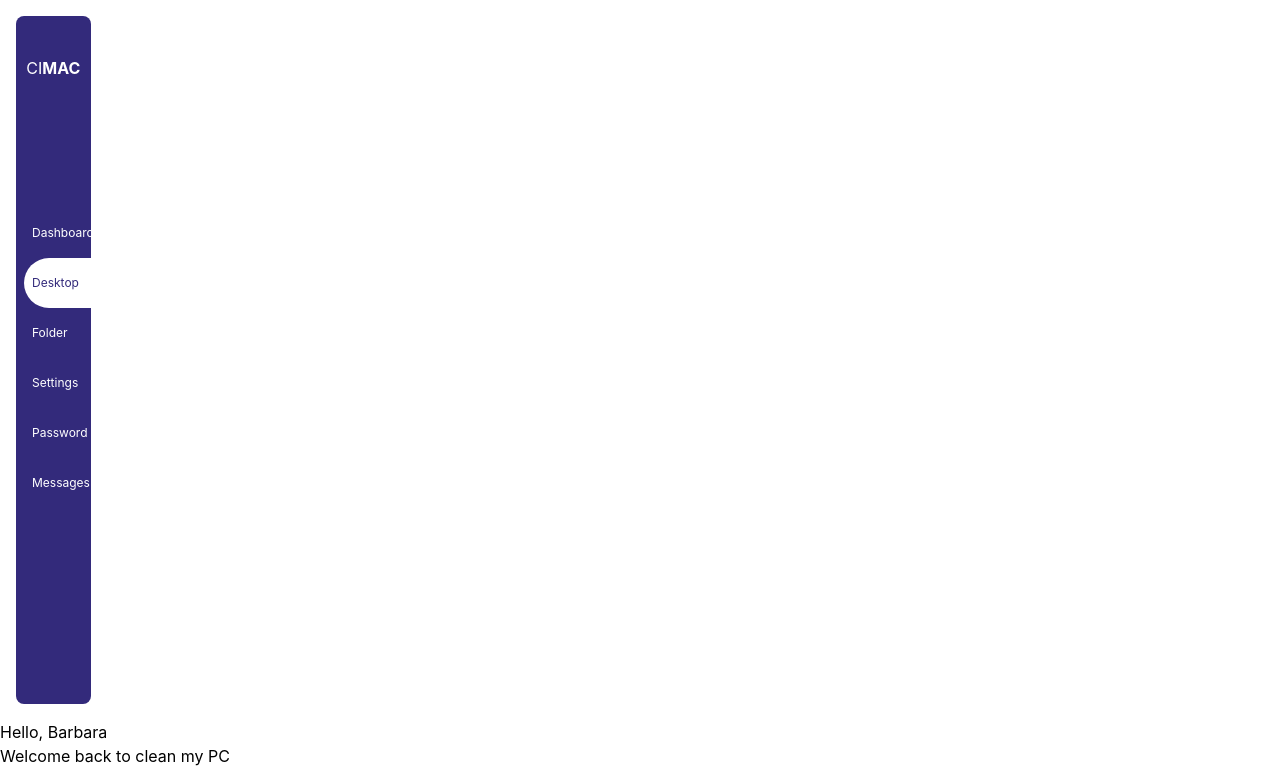
Repository: charleyvibez/experiment-Utility-software-UI
Page: index.html
An editor plug-in stored every save of this project. The page is shown before and after a run of saves, followed by the edit.
The browser window is 1280 px wide. The pictures show the whole page.

Above is the page before, as saved 2020-03-17 23:45:12.

After the next 5 saves:
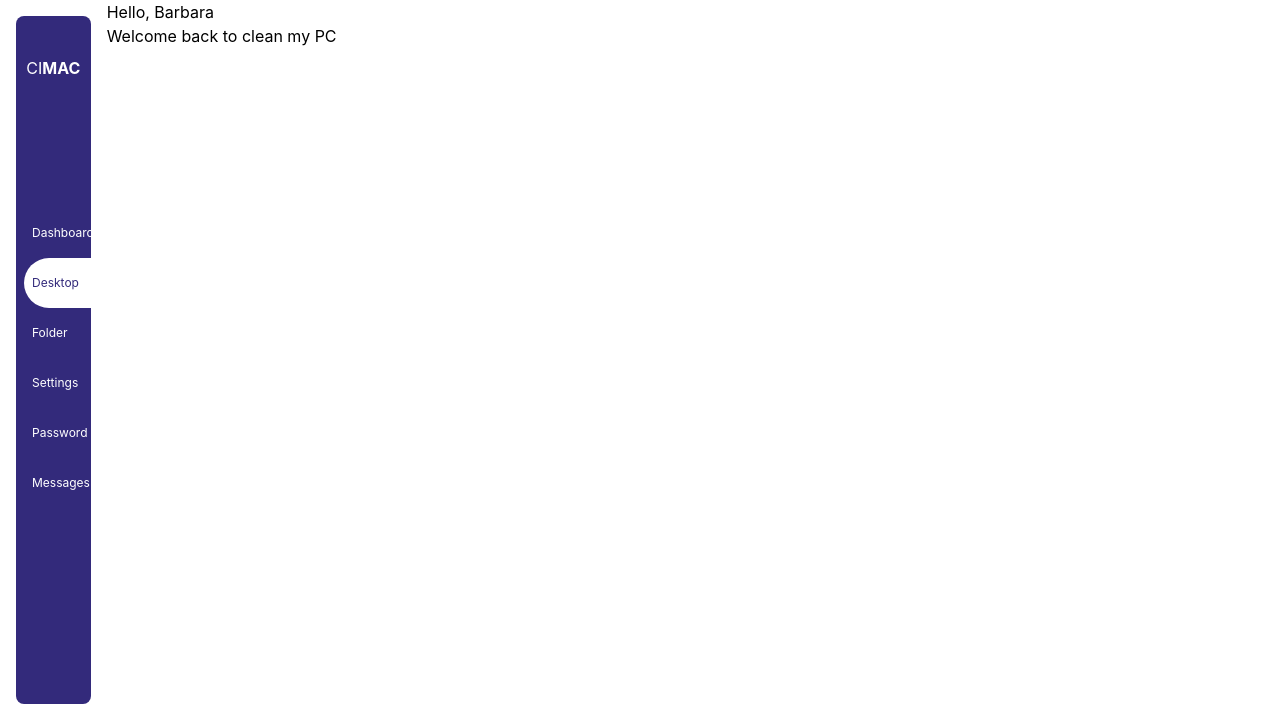
The 5 saves are shown as one change because they came seconds apart.
The last was saved 15 s later.
--- a/index.html
+++ b/index.html
@@ -9,7 +9,7 @@
   <title>Document</title>
 </head>
 <body>
-  <section>
+  <section class="flex">
      <aside class="w-1/12 p-4 h-screen">
       <div class="aside-container bg-gray-100 rounded-lg flex flex-col items-center h-full">
         <div class="logo pt-10 text-white">
